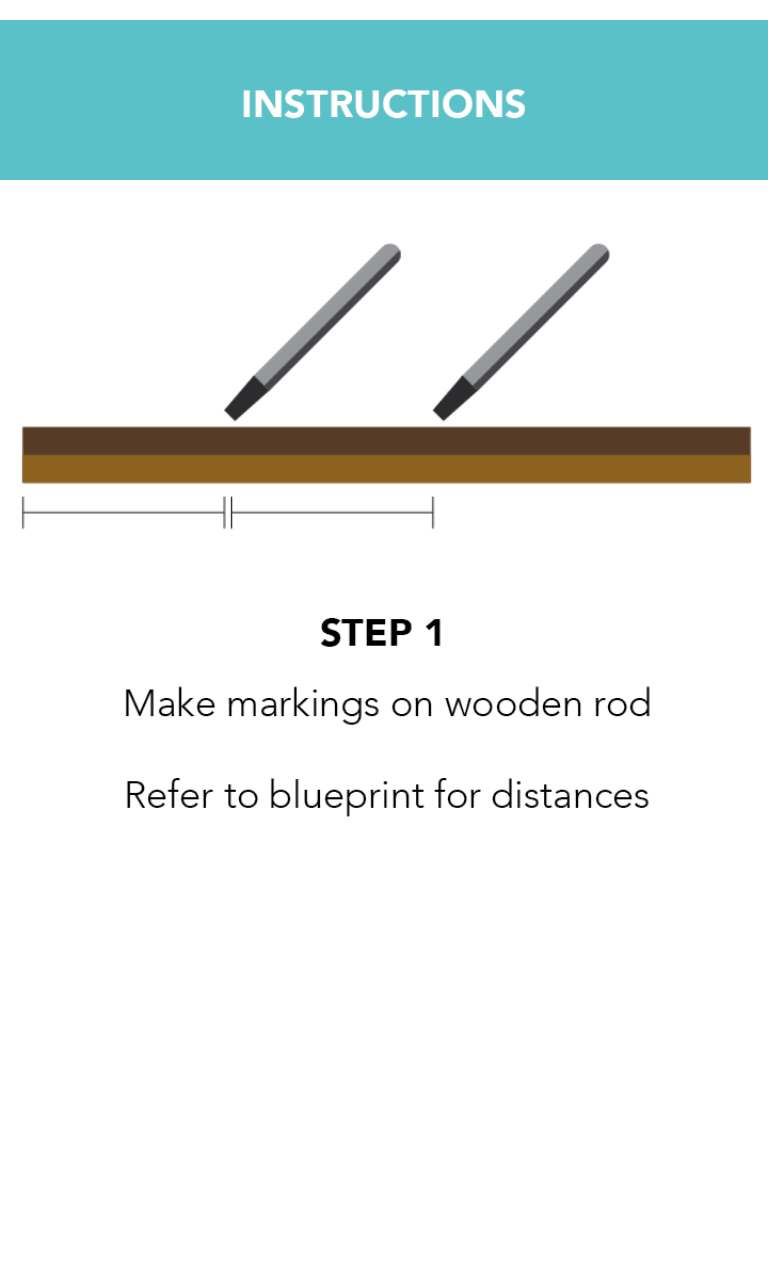
Repository: sbobhate/Android-Applications
Layout: EWBProject/res/layout/fragment_page2.xml
These files come from the project's save history. The layout is drawn as it stood at one moment and after the next save; the edit follows.
It is drawn on a 768 x 1280 px phone screen (xhdpi) without system bars, with theme AppTheme; the app's code is not run.

Above is the layout before, as saved 2014-02-21 13:36:15.

After the next save:
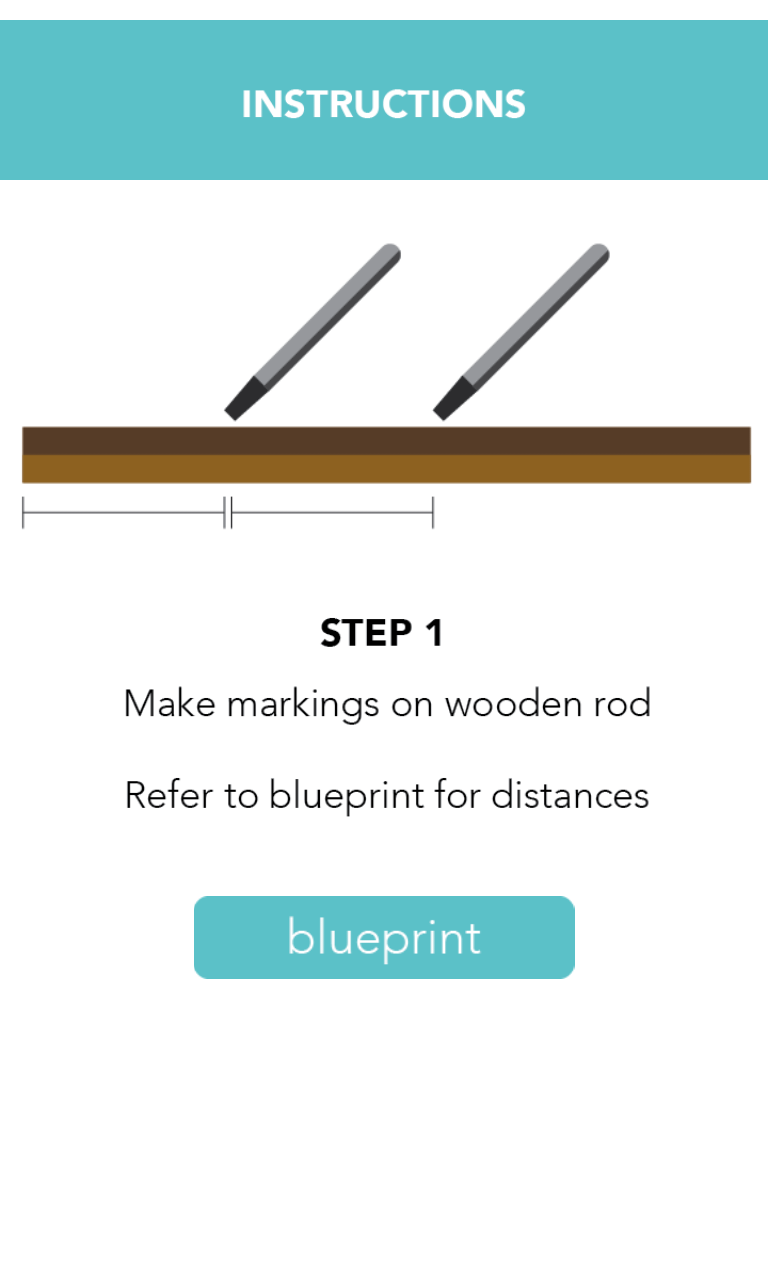
Saved 85 s later.
--- a/EWBProject/res/layout/fragment_page2.xml
+++ b/EWBProject/res/layout/fragment_page2.xml
@@ -29,4 +29,13 @@
         android:layout_below="@+id/step1"
         />
 
+    <ImageView
+        android:id="@+id/blueprint"
+        android:src="@drawable/blueprint"
+        android:contentDescription="@string/blueprint"
+        android:layout_width="fill_parent"
+        android:layout_height="wrap_content"
+        android:layout_below="@+id/step1Tutorial"
+        />
+
 </RelativeLayout>
